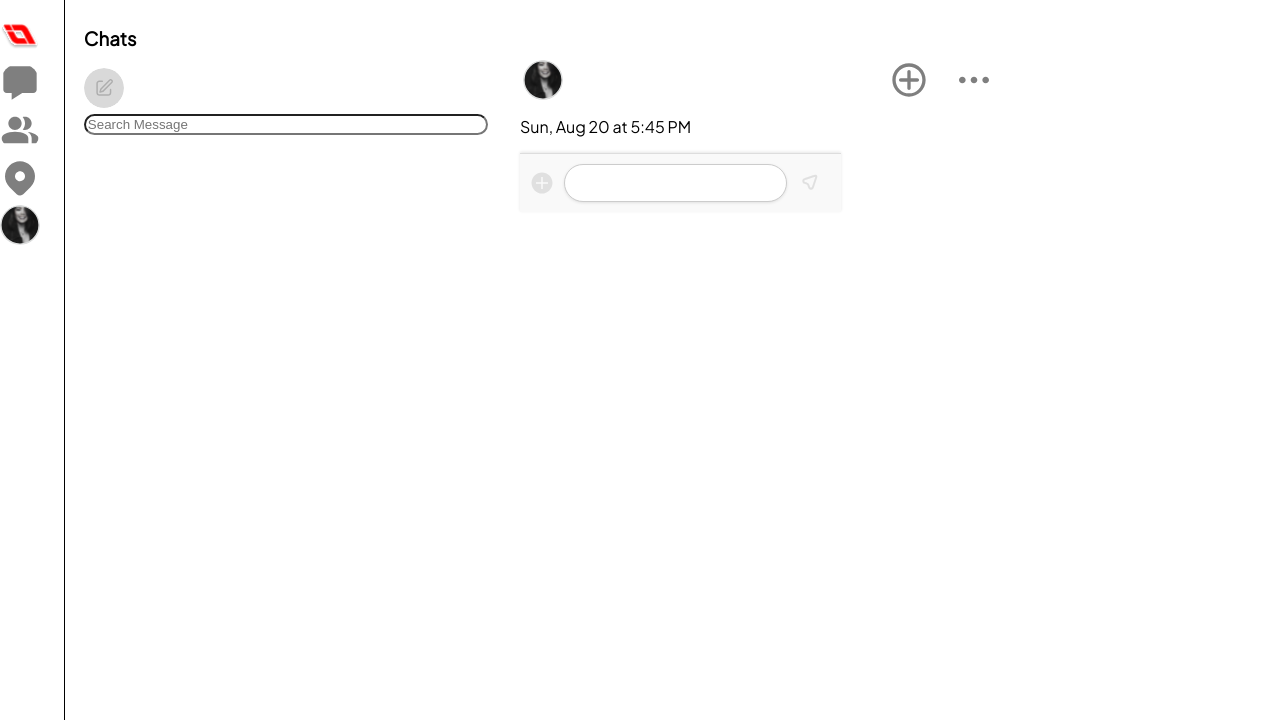
Repository: Nicktacku/LawChat
Page: /homechat (app in frontend/lawchat/)
An editor plug-in stored every save of this project. The page is shown before and after the next save, followed by the edit.
The browser window is 1280 px wide. The pictures show the whole page.
The page's requests for data from a server got no answer. The project was rebuilt for these pictures with package versions that can differ from the ones it lists, and the page was loaded fresh each time. No one was signed in, and anything a server would have sent is missing. Also part of the build but not shown: frontend/lawchat/src/styles/button.css, frontend/lawchat/src/components/Button.js, frontend/lawchat/src/pages/Home.js, frontend/lawchat/src/pages/Login.js, frontend/lawchat/src/styles/chatpreview.css, frontend/lawchat/src/components/ChatPreview.js, frontend/lawchat/src/components/ChatBubble.js, frontend/lawchat/src/pages/Test.js.

Above is the page before, as saved 2024-08-16 17:22:07.

After the next save:
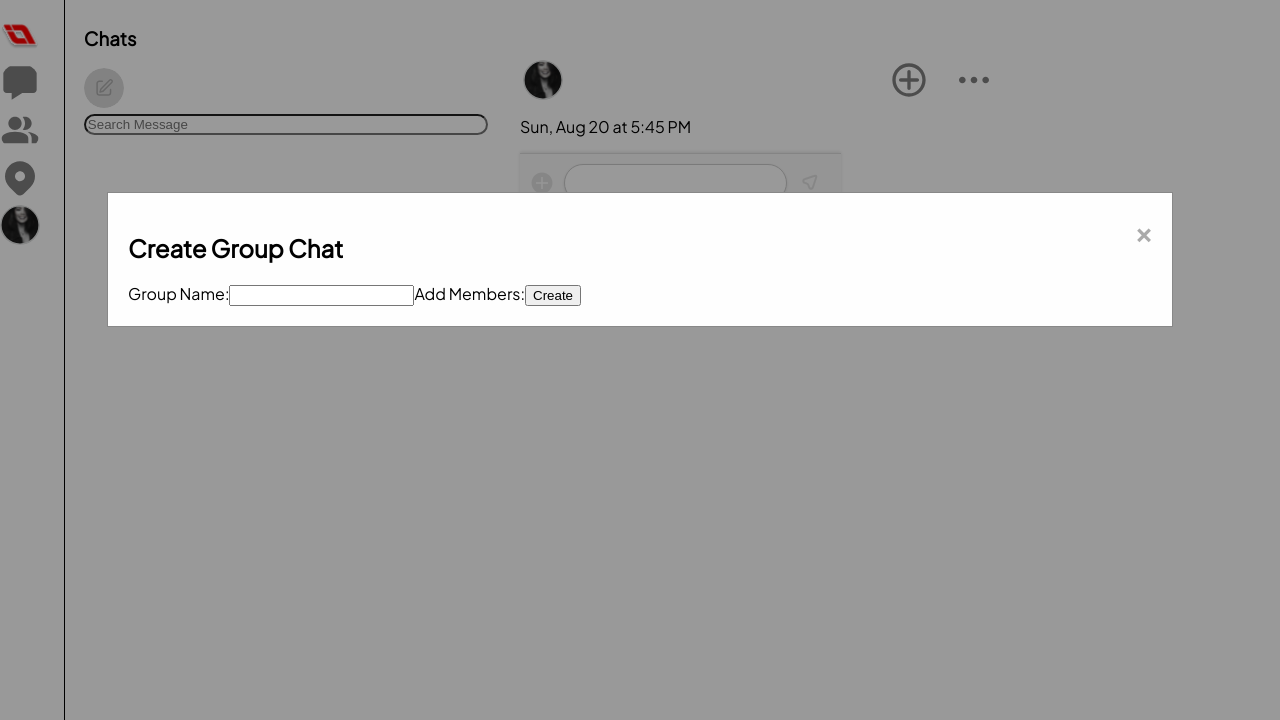
Saved 9 s later.
--- a/frontend/lawchat/src/pages/HomeChat.js
+++ b/frontend/lawchat/src/pages/HomeChat.js
@@ -210,7 +210,7 @@ const HomeChat = () => {
           <div
             id="myModal"
             class="modal"
-            style={newNameModal ? { display: "block" } : { display: "none" }}
+            style={!newNameModal ? { display: "block" } : { display: "none" }}
           >
             <div class="modal-content">
               <span class="close">&times;</span>
